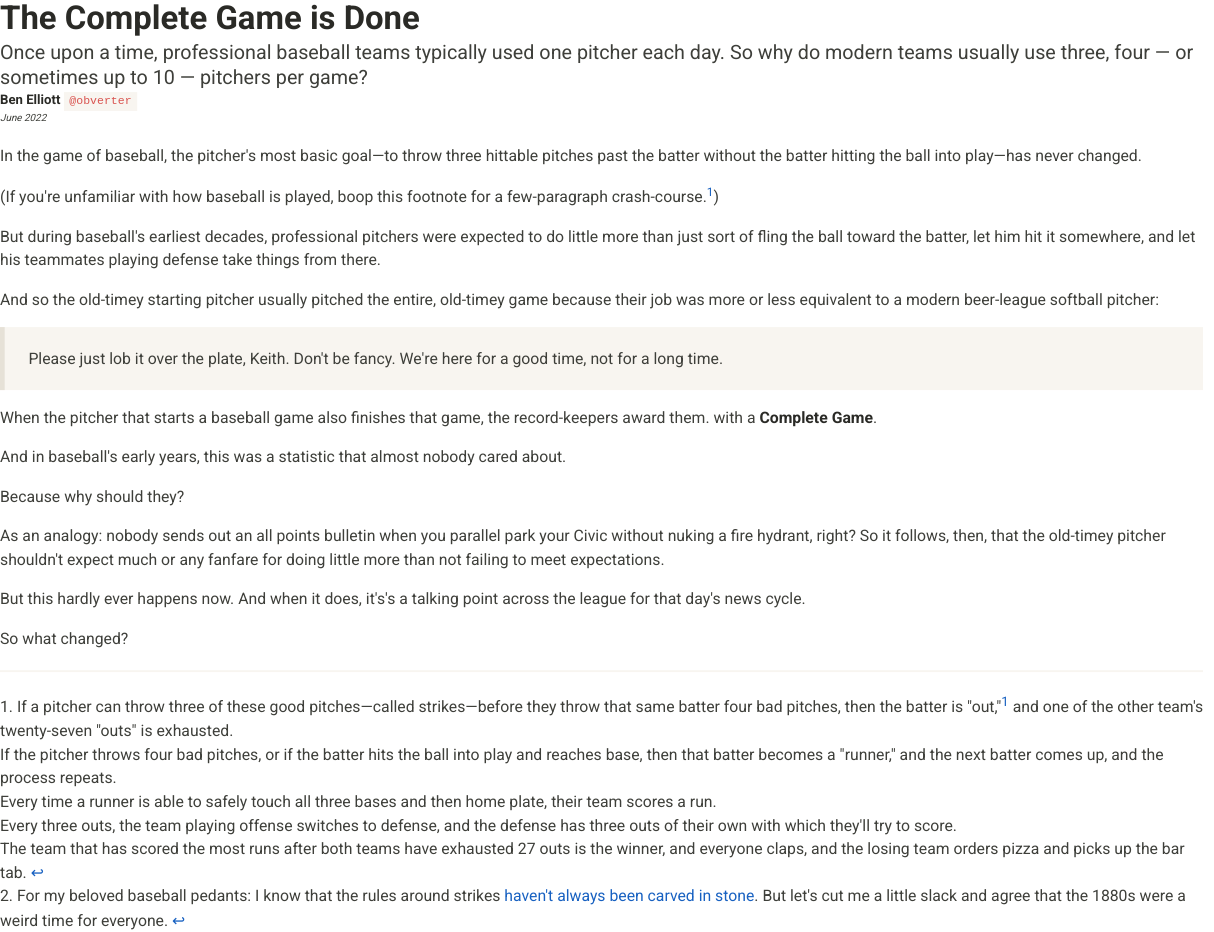
Repository: obverter/complete-games-are-done
Page: index.html
These files come from the project's save history. The page is drawn as it stood at one moment and after the next save; the edit follows.
The browser window is 1280 px wide. The page is 1280 px wide, then 1291 px, so the pictures cover 1291 px, including what lies to the right of the window. The pictures show the whole page, at 94% of full size.

Above is the page before, as saved 2022-06-25 07:44:27.

### index.html
<!DOCTYPE html>
<html>
    <head>
        <meta charset="utf-8" />
        <meta name="viewport" content="width=device-width, initial-scale=1" />
        <title>Complete Games Are Done</title>
        <!-- todo: Title above is the text in the browser tab. -->
        <link rel="stylesheet" href="docs/bulmaswap.min.css" />
    </head>

    <body>
        <h1 class="title is-2">The Complete Game is Done</h1>
        <!-- todo: Title above is the Content title. -->
        <p class="subtitle is-4">
            Once upon a time, professional baseball teams typically used one
            pitcher each day. So why do modern teams usually use three, four —
            or sometimes up to 10 — pitchers per game?
            <!-- todo: Subtitle above is the Content subtitle. -->
        </p>

        <h6 class="title is-6">Ben Elliott <code>@obverter</code></h6>
        <h6 class="subtitle is-7"><em>June 2022</em></h6>
        <div class="content">

            <p>
                In the game of baseball, the pitcher's most basic goal—to throw
                three hittable pitches past the batter without the batter hitting
                the ball into play—has never changed.
            </p>
            <p>
                (If you're unfamiliar with how baseball is played, boop this
            footnote for a few-paragraph crash-course.<sup
                ><a href="#fn1" id="ref1">1</a></sup
            >)
        </p>
        <p>
            But during baseball's earliest decades, professional pitchers were
            expected to do little more than just sort of fling the ball toward
            the batter, let him hit it somewhere, and let his teammates playing
            defense take things from there.
        </p>
        <p>
            And so the old-timey starting pitcher usually pitched the entire,
            old-timey game because their job was more or less equivalent to a
            modern beer-league softball pitcher:
        </p>
        <blockquote>
            Please just lob it over the plate, Keith. Don't be fancy. We're here
            for a good time, not for a long time.
        </blockquote>
        <p>
            When the pitcher that starts a baseball game also finishes that
            game, the record-keepers award them. with a
            <strong>Complete Game</strong>.
        </p>
        <p>
            And in baseball's early years, this was a statistic that almost
            nobody cared about.
        </p>
        <p>Because why should they?</p>
        <p>
            As an analogy: nobody sends out an all points bulletin when you
            parallel park your Civic without nuking a fire hydrant, right? So it
            follows, then, that the old-timey pitcher shouldn't expect much or
            any fanfare for doing little more than not failing to meet
            expectations.
        </p>
        <p>
            But this hardly ever happens now. And when it does, it's's a talking
            point across the league for that day's news cycle.
        </p>
        <p>So what changed?</p>

    </div>
    <hr>
        <sup id="fn1"></sup>
        <p>
            1. If a pitcher can throw three of these good pitches—called
            strikes—before they throw that same batter four bad pitches, then
            the batter is "out,"<sup><a href="#fn2" id="ref1">1</a></sup>
            and one of the other team's twenty-seven "outs" is exhausted.
        </p>
        <p>
            If the pitcher throws four bad pitches, or if the batter hits the
            ball into play and reaches base, then that batter becomes a
            "runner," and the next batter comes up, and the process repeats.
        </p>
        <p>
            Every time a runner is able to safely touch all three bases and then
            home plate, their team scores a run.
        </p>
        <p>
            Every three outs, the team playing offense switches to defense, and
            the defense has three outs of their own with which they'll try to
            score.
        </p>
        <p>
            The team that has scored the most runs after both teams have
            exhausted 27 outs is the winner, and everyone claps, and the losing
            team orders pizza and picks up the bar tab.
            <a href="#ref1" title="Jump back to footnote 1 in the text.">↩</a>
            <br />
            <sup id="fn2">
                <p>
                    2. For my beloved baseball pedants: I know that the rules
                    around strikes
                    <a
                        strong
                        href="https://www.baseball-almanac.com/articles/strike_zone_rules_history.shtml"
                        >haven't always been carved in stone</a
                    >. But let's cut me a little slack and agree that the 1880s
                    were a weird time for everyone.
                    <a href="#ref2" title="Jump back to footnote 2 in the text."
                        >↩</a
                    >
                </p></sup
            >
        </p>
    </body>
</html>

Loaded but not shown: docs/bulmaswap.min.css (library)

After the next save:
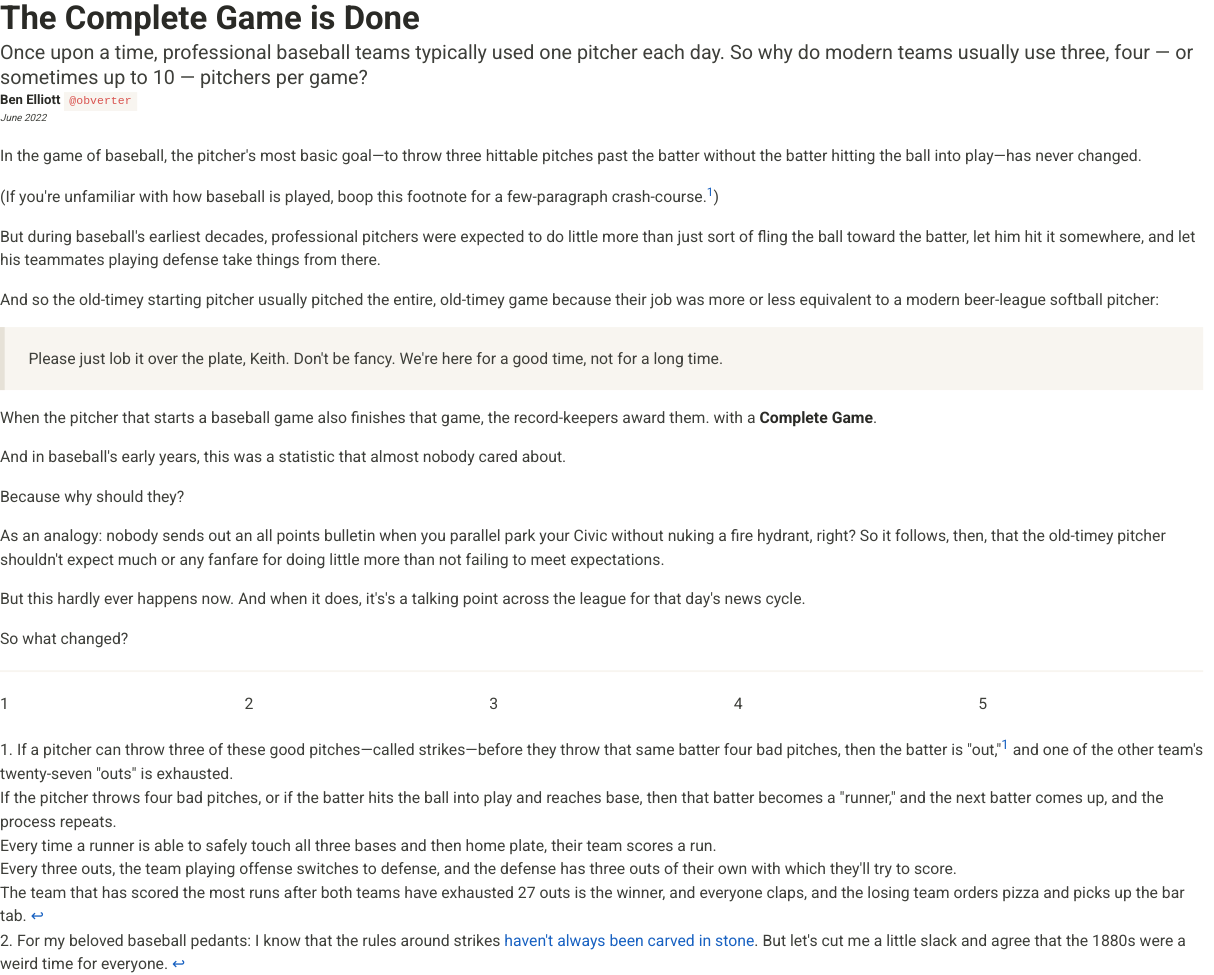
Saved 112 s later.
--- a/index.html
+++ b/index.html
@@ -21,58 +21,63 @@
         <h6 class="title is-6">Ben Elliott <code>@obverter</code></h6>
         <h6 class="subtitle is-7"><em>June 2022</em></h6>
         <div class="content">
-
             <p>
                 In the game of baseball, the pitcher's most basic goal—to throw
-                three hittable pitches past the batter without the batter hitting
-                the ball into play—has never changed.
+                three hittable pitches past the batter without the batter
+                hitting the ball into play—has never changed.
             </p>
             <p>
                 (If you're unfamiliar with how baseball is played, boop this
-            footnote for a few-paragraph crash-course.<sup
-                ><a href="#fn1" id="ref1">1</a></sup
-            >)
-        </p>
-        <p>
-            But during baseball's earliest decades, professional pitchers were
-            expected to do little more than just sort of fling the ball toward
-            the batter, let him hit it somewhere, and let his teammates playing
-            defense take things from there.
-        </p>
-        <p>
-            And so the old-timey starting pitcher usually pitched the entire,
-            old-timey game because their job was more or less equivalent to a
-            modern beer-league softball pitcher:
-        </p>
-        <blockquote>
-            Please just lob it over the plate, Keith. Don't be fancy. We're here
-            for a good time, not for a long time.
-        </blockquote>
-        <p>
-            When the pitcher that starts a baseball game also finishes that
-            game, the record-keepers award them. with a
-            <strong>Complete Game</strong>.
-        </p>
-        <p>
-            And in baseball's early years, this was a statistic that almost
-            nobody cared about.
-        </p>
-        <p>Because why should they?</p>
-        <p>
-            As an analogy: nobody sends out an all points bulletin when you
-            parallel park your Civic without nuking a fire hydrant, right? So it
-            follows, then, that the old-timey pitcher shouldn't expect much or
-            any fanfare for doing little more than not failing to meet
-            expectations.
-        </p>
-        <p>
-            But this hardly ever happens now. And when it does, it's's a talking
-            point across the league for that day's news cycle.
-        </p>
-        <p>So what changed?</p>
-
-    </div>
-    <hr>
+                footnote for a few-paragraph crash-course.<sup
+                    ><a href="#fn1" id="ref1">1</a></sup
+                >)
+            </p>
+            <p>
+                But during baseball's earliest decades, professional pitchers
+                were expected to do little more than just sort of fling the ball
+                toward the batter, let him hit it somewhere, and let his
+                teammates playing defense take things from there.
+            </p>
+            <p>
+                And so the old-timey starting pitcher usually pitched the
+                entire, old-timey game because their job was more or less
+                equivalent to a modern beer-league softball pitcher:
+            </p>
+            <blockquote>
+                Please just lob it over the plate, Keith. Don't be fancy. We're
+                here for a good time, not for a long time.
+            </blockquote>
+            <p>
+                When the pitcher that starts a baseball game also finishes that
+                game, the record-keepers award them. with a
+                <strong>Complete Game</strong>.
+            </p>
+            <p>
+                And in baseball's early years, this was a statistic that almost
+                nobody cared about.
+            </p>
+            <p>Because why should they?</p>
+            <p>
+                As an analogy: nobody sends out an all points bulletin when you
+                parallel park your Civic without nuking a fire hydrant, right?
+                So it follows, then, that the old-timey pitcher shouldn't expect
+                much or any fanfare for doing little more than not failing to
+                meet expectations.
+            </p>
+            <p>
+                But this hardly ever happens now. And when it does, it's's a
+                talking point across the league for that day's news cycle.
+            </p>
+            <p>So what changed?</p>
+        </div>
+        <hr />
+        <div class="columns">
+            <div class="column">1</div>
+            <div class="column">2</div>
+            <div class="column">3</div>
+            <div class="column">4</div>
+            <div class="column">5</div>
+        </div>
         <sup id="fn1"></sup>
         <p>
             1. If a pitcher can throw three of these good pitches—called
